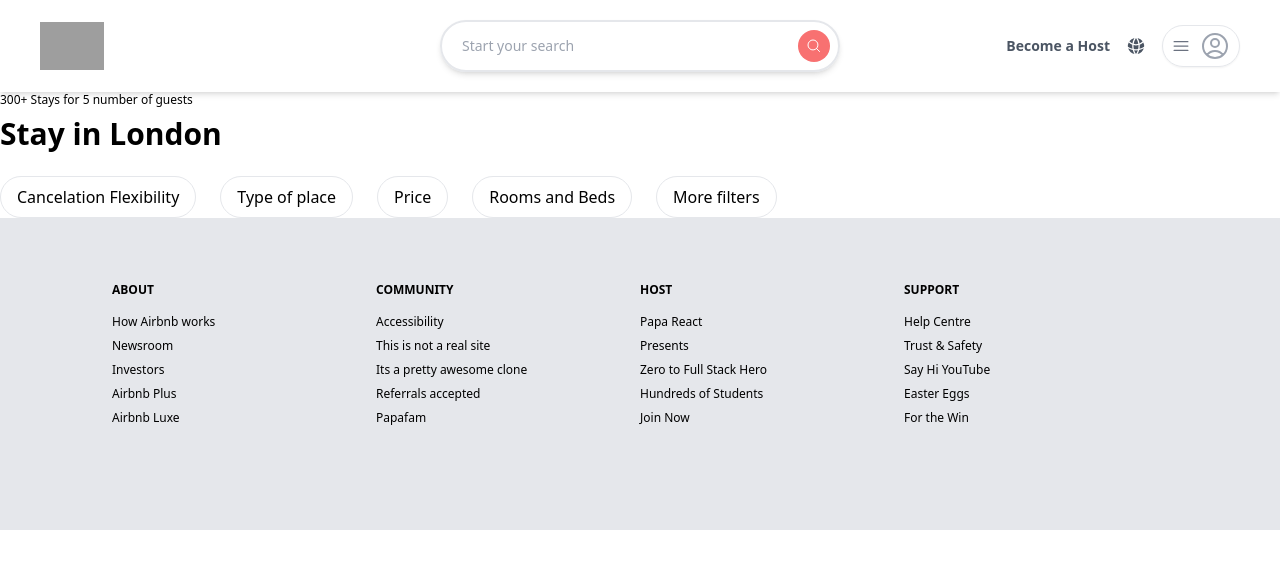
Repository: lakshithapramodya/airbnb
Page: /search
An editor plug-in stored every save of this project. The page is shown before and after the next save, followed by the edit.
The browser window is 1280 px wide. The pictures show the whole page.
Pictures or frames that could not be fetched are drawn as grey boxes. The project was rebuilt for these pictures with package versions that can differ from the ones it lists, and the page was loaded fresh each time. The framework's server and built-in components were replaced by stand-ins that run in the browser. Also part of the build but not shown: next.config.js.

Above is the page before, as saved 2022-10-19 12:37:55.

### pages/_app.jsx
import "../styles/globals.css";
import { AppProps } from "next/app";

function MyApp({ Component, pageProps }) {
  return <Component {...pageProps} />;
}

export default MyApp;

### pages/search.js
import React from "react";
import Footer from "../components/Footer";
import Header from "../components/Header";

function search() {
  return (
    <div>
      <Header />

      <main className="flex">
        <section>
          <p className="text-xs">300+ Stays for 5 number of guests</p>
          <h1 className="font-semibold text-3xl mt-2 mb-6">Stay in London</h1>

          <div className="space-x-6 hidden md:inline-flex">
            <p className="border rounded-full px-4 py-2">
              Cancelation Flexibility
            </p>
            <p className="border rounded-full px-4 py-2">Type of place</p>
            <p className="border rounded-full px-4 py-2">Price</p>
            <p className="border rounded-full px-4 py-2">Rooms and Beds</p>
            <p className="border rounded-full px-4 py-2">More filters</p>
          </div>
        </section>
      </main>

      <Footer />
    </div>
  );
}

export default search;

### components/Footer.js
import React from "react";

function Footer() {
  return (
    <div className="grid grid-cols-1 md:grid-cols-4 py-16 px-28 bg-gray-200">
      <div className="pb-8">
        <h2 className="font-bold text-xs font-sans mb-4 cursor-pointer">
          ABOUT
        </h2>
        <p className="text-xs my-2 cursor-pointer">How Airbnb works</p>
        <p className="text-xs my-2 cursor-pointer">Newsroom</p>
        <p className="text-xs my-2 cursor-pointer">Investors</p>
        <p className="text-xs my-2 cursor-pointer">Airbnb Plus</p>
        <p className="text-xs my-2 cursor-pointer">Airbnb Luxe</p>
      </div>
      <div className="pb-8">
        <h2 className="font-bold text-xs font-sans mb-4 cursor-pointer">
          COMMUNITY
        </h2>
        <p className="text-xs my-2 cursor-pointer">Accessibility</p>
        <p className="text-xs my-2 cursor-pointer">This is not a real site</p>
        <p className="text-xs my-2 cursor-pointer">
          Its a pretty awesome clone
        </p>
        <p className="text-xs my-2 cursor-pointer">Referrals accepted</p>
        <p className="text-xs my-2 cursor-pointer">Papafam</p>
      </div>
      <div className="pb-8">
        <h2 className="font-bold text-xs font-sans mb-4 cursor-pointer">
          HOST
        </h2>
        <p className="text-xs my-2 cursor-pointer">Papa React</p>
        <p className="text-xs my-2 cursor-pointer">Presents</p>
        <p className="text-xs my-2 cursor-pointer">Zero to Full Stack Hero</p>
        <p className="text-xs my-2 cursor-pointer">Hundreds of Students</p>
        <p className="text-xs my-2 cursor-pointer">Join Now</p>
      </div>
      <div className="pb-8">
        <h2 className="font-bold text-xs font-sans mb-4 cursor-pointer">
          SUPPORT
        </h2>
        <p className="text-xs my-2 cursor-pointer">Help Centre</p>
        <p className="text-xs my-2 cursor-pointer">Trust & Safety</p>
        <p className="text-xs my-2 cursor-pointer">Say Hi YouTube</p>
        <p className="text-xs my-2 cursor-pointer">Easter Eggs</p>
        <p className="text-xs my-2 cursor-pointer">For the Win</p>
      </div>
    </div>
  );
}

export default Footer;

### components/Header.js
import React, { useState } from "react";
import Image from "next/image";
import {
  MagnifyingGlassIcon,
  Bars3Icon,
  UserCircleIcon,
} from "@heroicons/react/24/outline";
import { GlobeAltIcon, UsersIcon } from "@heroicons/react/24/solid";
import "react-date-range/dist/styles.css";
import "react-date-range/dist/theme/default.css";
import { DateRangePicker } from "react-date-range";

function Header() {
  const [searchText, setSearchTExt] = useState("");
  const [startDate, setStartDate] = useState(new Date());
  const [endDate, setEndDate] = useState(new Date());
  const [guests, setGuests] = useState(1);

  const selectionRange = {
    startDate: startDate,
    endDate: endDate,
    key: "selection",
  };

  const handleChange = (ranges) => {
    setStartDate(ranges.selection.startDate);
    setEndDate(ranges.selection.endDate);
  };

  const resetInput = () => {
    setSearchTExt("");
  };

  return (
    <div
      className="sticky top-0  z-50 grid grid-cols-3 bg-white shadow-md
    p-5 md:px-10"
    >
      {/* Left */}
      <div className="relative flex item-center h-12 cursor-pointer my-auto">
        <Image
          src="https://1000logos.net/wp-content/uploads/2017/08/Airbnb-Logo.png"
          layout="fill"
          objectFit="contain"
          objectPosition="left"
        />
      </div>

      {/* Middle */}
      <div
        className="flex items-center md:border-2 rounded-full py-2
      md:shadow-md"
      >
        <input
          value={searchText}
          onChange={(e) => setSearchTExt(e.target.value)}
          className="!outline-0 pl-5 bg-transparent flex-grow
          md:min-w-0  text-sm text-gray-600"
          type="text"
          placeholder="Start your search"
        />
        <MagnifyingGlassIcon
          className="hidden md:inline-flex h-8 bg-red-400
         text-white rounded-full p-2 cursor-pointer md:mx-2 "
        />
      </div>

      {/* Right */}
      <div className="flex items-center space-x-4 justify-end">
        <p
          className="text-sm font-semibold cursor-pointer
        rounded-full text-gray-600 hidden md:inline"
        >
          Become a Host
        </p>

        <GlobeAltIcon className="h-5 text-gray-600 cursor-pointer" />

        <div
          className="flex items-center border rounded-full p-1
        space-x-2 shadow-sm px-2 hover:shadow-md"
        >
          <Bars3Icon className="h-5 text-gray-500" />
          <UserCircleIcon className="h-8 text-gray-400" />
        </div>
      </div>
      {searchText && (
        <div className="flex flex-col col-span-3 mx-auto">
          <DateRangePicker
            ranges={[selectionRange]}
            minDate={new Date()}
            rangeColors={["#FD5B61"]}
            onChange={handleChange}
          />
          <div>
            <div className="flex items-center border-b">
              <h2 className="text-2xl font-semibold flex-grow">
                Number of Guests
              </h2>
              <UsersIcon className="h-5" />
              <input
                value={guests}
                onChange={(e) => setGuests(e.target.value)}
                min={1}
                type="number"
                className="w-12 ml-2 !outline-0 text-lg text-red-500"
              />
            </div>
            <div className="flex mt-4">
              <button onClick={resetInput} className="text-gray-500 flex-grow">
                Cancel
              </button>
              <button className="text-red-500 flex-grow">Search</button>
            </div>
          </div>
        </div>
      )}
    </div>
  );
}

export default Header;

Loaded but not shown: styles/globals.css (common file); tailwind.config.js (common file)

After the next save:
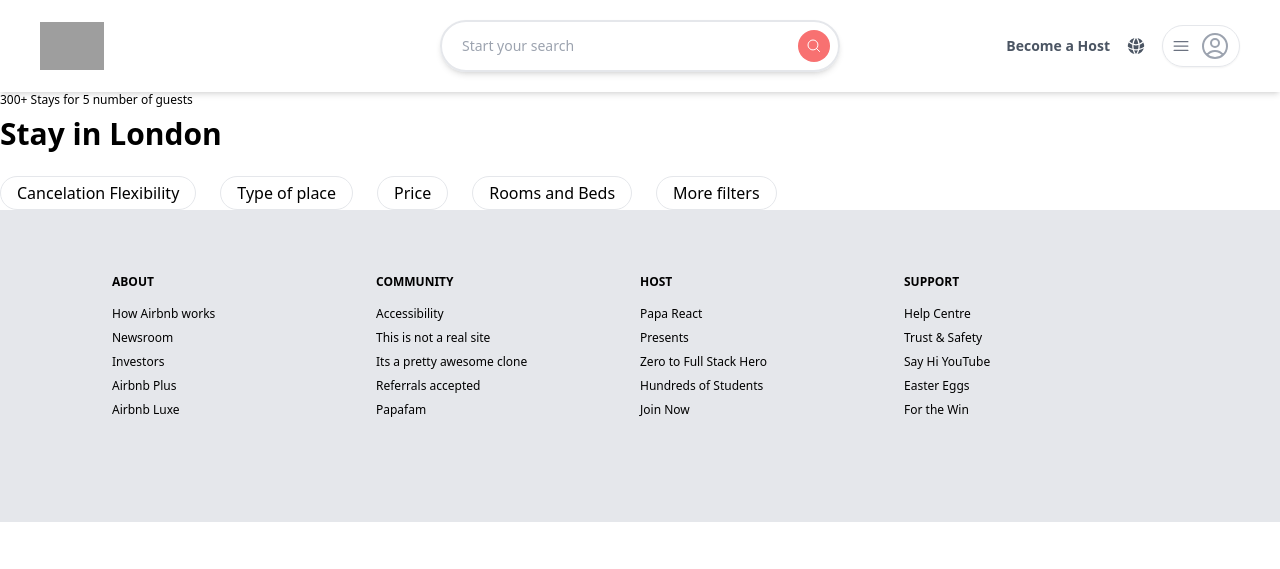
Saved 8 s later.
--- a/pages/search.js
+++ b/pages/search.js
@@ -13,13 +13,13 @@
           <h1 className="font-semibold text-3xl mt-2 mb-6">Stay in London</h1>
 
           <div className="space-x-6 hidden md:inline-flex">
-            <p className="border rounded-full px-4 py-2">
+            <p className="border rounded-full px-4 py-1">
               Cancelation Flexibility
             </p>
-            <p className="border rounded-full px-4 py-2">Type of place</p>
-            <p className="border rounded-full px-4 py-2">Price</p>
-            <p className="border rounded-full px-4 py-2">Rooms and Beds</p>
-            <p className="border rounded-full px-4 py-2">More filters</p>
+            <p className="border rounded-full px-4 py-1">Type of place</p>
+            <p className="border rounded-full px-4 py-1">Price</p>
+            <p className="border rounded-full px-4 py-1">Rooms and Beds</p>
+            <p className="border rounded-full px-4 py-1">More filters</p>
           </div>
         </section>
       </main>
